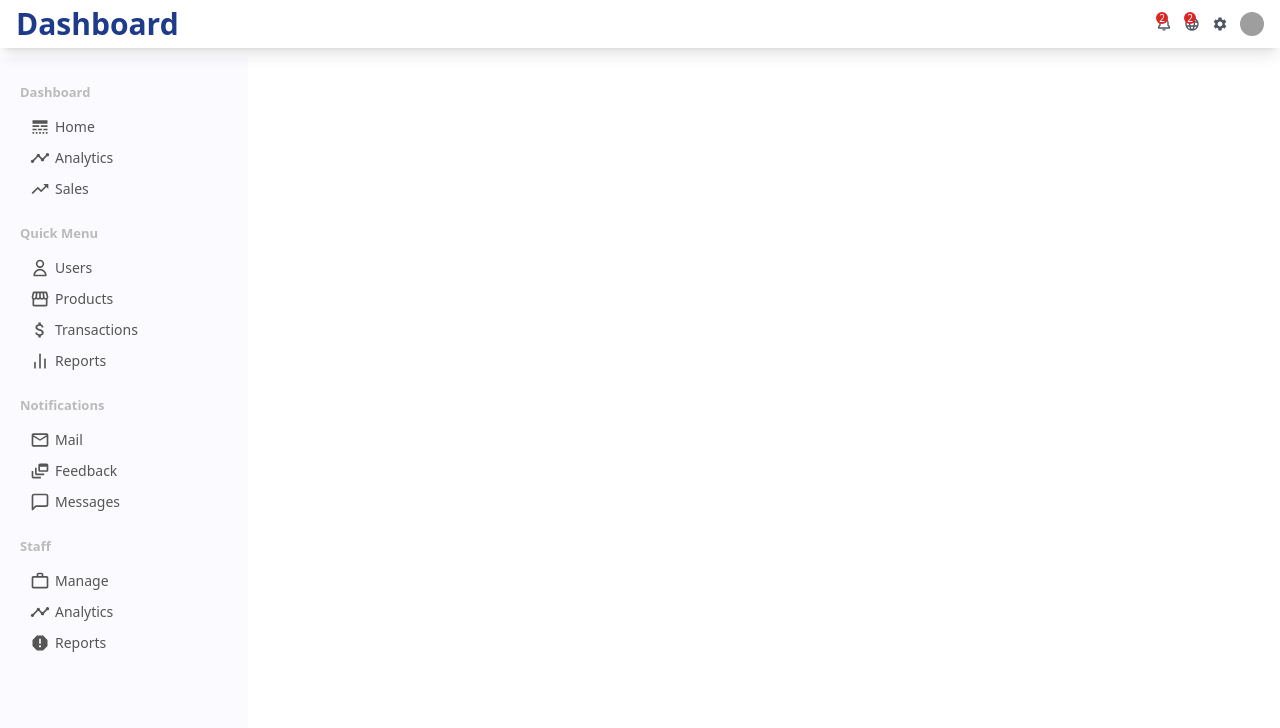
Repository: nation430/React-AdminDashboard
Page: /user/1
An editor plug-in stored every save of this project. The page is shown before and after the next save, followed by the edit.
The browser window is 1280 px wide. The pictures show the whole page.
Pictures or frames that could not be fetched are drawn as grey boxes. The project was rebuilt for these pictures with package versions that can differ from the ones it lists, and the page was loaded fresh each time. Also part of the build but not shown: src/pages/home/home.css, src/components/featuredInfo/featuredInfo.css, src/components/featuredInfo/FeaturedInfo.jsx, src/components/chart/chart.css, src/components/chart/Chart.jsx, src/dummyData.js, src/components/widgetSm/widgetSm.css, src/components/widgetSm/WidgetSm.jsx and 5 more.

Above is the page before, as saved 2022-08-31 10:56:33.

### public/index.html
<!DOCTYPE html>
<html lang="en">
  <head>
    <meta charset="utf-8" />
    <meta name="viewport" content="width=device-width, initial-scale=1" />
    <meta name="theme-color" content="#000000" />
    <meta
      name="description"
      content="Web site created using create-react-app"
    />
    <link rel="preconnect" href="https://fonts.googleapis.com" />
    <link rel="preconnect" href="https://fonts.gstatic.com" crossorigin />
    <link
      href="https://fonts.googleapis.com/css2?family=Source+Sans+Pro:wght@200;300;400;600;700&display=swap"
      rel="stylesheet"
    />

    <title>React Admin Dashboard</title>
  </head>
  <body>
    <noscript>You need to enable JavaScript to run this app.</noscript>
    <div id="root"></div>
  </body>
</html>

### src/index.css
@tailwind base;
h1 {
  @apply text-2xl;
}
h2 {
  @apply text-xl;
}
h3 {
  @apply text-lg;
}
@tailwind components;
@tailwind utilities;

* {
  margin: 0;
  padding:0;
  box-sizing: border-box;

}

### src/App.js
import Topbar from "./components/topbar/Topbar";
import Sidebar from "./components/sidebar/Sidebar";
import Home from "./pages/home/Home";
import "./app.css";
import { BrowserRouter as Router, Routes, Route } from "react-router-dom";
import UserList from "./pages/home/userList/UserList";
import User from "./pages/home/user/User";

function App() {
  return (
    <Router>
      <Topbar />
      <div className="wrapper flex h-full">
        <Sidebar />
        <Routes>
          <Route exact path="/">
            <Route path="/" element={<Home />} />
            <Route path="users" element={<UserList />} />
            <Route path="/user/:userId" element={<User />} />
          </Route>
        </Routes>
      </div>
    </Router>
  );
}

export default App;

### src/components/topbar/Topbar.jsx
import React from "react";
import  "./topbar.css";
import { BiBell } from 'react-icons/bi';
import { MdLanguage, MdSettings  } from "react-icons/md";


export default function Topbar () {
    return(
        <div className="topbar w-full h-12 bg-white sticky top-0 z-50 shadow-lg ">
            <div className="topbarWeapper flex items-center justify-between h-full px-4 py-0">
            <div className="topLeft">
                <span className="logo font-bold text-3xl text-blue-900 cursor-pointer ...">Dashboard</span>
            </div>
            <div className="topRight flex items-center">

                {/* First icon  */}
                <div className="topbarIconsContainer relative cursor-pointer ... ml-3 text-gray-600">
                <BiBell />
                <span className="topIconBadge absolute text-white bg-red-600 right-1 -top-1 flex items-center justify-center rounded-full text-xs h-3 w-3">2</span>
                </div>

                   {/*second icon  */}
                <div className="topbarIconsContainer relative cursor-pointer ... ml-3 text-gray-600">
                <MdLanguage />
                <span className="topIconBadge absolute text-white bg-red-600 right-1 -top-1 flex items-center justify-center rounded-full text-xs h-3 w-3">2</span>
                </div>


                    {/*third icon  */}
                <div className="topbarIconsContainer relative cursor-pointer ... mx-3 text-gray-600">
                < MdSettings  />
                </div>

                <img src="images/img.png" alt="BigCo Inc. logo"  className="topAvater w-6 h-6 rounded-full cursor-pointer ..."/>

            </div>
            </div>
        </div>
    )

}

### src/components/sidebar/Sidebar.jsx
import "./sidebar.css";
import { MdLineStyle, MdOutlineTimeline, MdTrendingUp, MdStorefront, MdAttachMoney, MdOutlineMail, MdDynamicFeed, MdWorkOutline, MdReport} from "react-icons/md";
import { HiOutlineUser} from "react-icons/hi";
import { FiBarChart2, FiMessageSquare} from "react-icons/fi";

export default function sidebar(){
    return(
        <div className="sidebar sticky">
        <div className="sidebarWrapper p-5">
            {/* first sidenavbar */}
            <div className="sidebarMenu mb-2.5">
                <h3 className="sidebarTitle">Dashboard</h3>
                <ul className="sidebarList px-4 py-0">
                    <li className="sidebarListItems flex items-center">
                    <MdLineStyle className="sidebarIcon"/>
                    Home
                    </li>

                    <li className="sidebarListItems flex items-center">
                    <MdOutlineTimeline className="sidebarIcon" />
                    Analytics
                    </li>


                    <li className="sidebarListItems flex items-center">
                    <MdTrendingUp className="sidebarIcon" />
                   Sales
                    </li>
                </ul>
            </div>

            {/* second sidenavbar */}
            <div className="sidebarMenu mb-2.5">
                <h3 className="sidebarTitle">Quick Menu</h3>
                <ul className="sidebarList px-4 py-1">
                    <li className="sidebarListItems flex items-center">
                    <HiOutlineUser className="sidebarIcon" />
                    Users
                    </li>

                    <li className="sidebarListItems flex  items-center" >
                    <MdStorefront className="sidebarIcon" />
                    Products
                    </li>

                    <li className="sidebarListItems flex items-center">
                    <MdAttachMoney className="sidebarIcon" />
                   Transactions
                    </li>


                    <li className="sidebarListItems flex items-center">
                    <FiBarChart2 className="sidebarIcon" />
                   Reports
                    </li>
                </ul>
            </div>

                {/* third sidenavbar */}
                <div className="sidebarMenu mb-2.5">
                <h3 className="sidebarTitle">Notifications</h3>
                <ul className="sidebarList px-4 py-1">
                    <li className="sidebarListItems flex items-center">
                    <MdOutlineMail className="sidebarIcon" />
                    Mail
                    </li>

                    <li className="sidebarListItems flex  items-center" >
                    <MdDynamicFeed className="sidebarIcon" />
                    Feedback
                    </li>

                    <li className="sidebarListItems flex items-center">
                    <FiMessageSquare className="sidebarIcon" />
                   Messages
                    </li>
                </ul>
            </div>

                {/* fourth sidenavbar */}
                <div className="sidebarMenu mb-2.5">
                <h3 className="sidebarTitle">Staff</h3>
                <ul className="sidebarList px-4 py-1">
                    <li className="sidebarListItems flex items-center">
                    <MdWorkOutline className="sidebarIcon" />
                    Manage
                    </li>

                    <li className="sidebarListItems flex  items-center" >
                    <MdOutlineTimeline className="sidebarIcon" />
                    Analytics
                    </li>

                    <li className="sidebarListItems flex items-center">
                    <MdReport className="sidebarIcon" />
                   Reports
                    </li>
                </ul>
            </div>
        </div>
        </div>
    )
}

### src/app.css

* {
    margin: 0;
    padding:0;
    box-sizing: border-box;

}


h1{
    font-size: 2em ;
    font-weight: bolder;
}

h2{
    font-size: 1.5em ;
    font-weight: bolder;
}

h3{
    font-size: 1.17em ;
    font-weight: bolder;
}

.wrapper{
    margin-top:10px;
}

### src/pages/home/user/User.jsx
import "./user.css";
// import {MdPermIdentity,  MdCalendarToday, MdPhoneAndroid, MdMailOutline, MdLocationSearching } from "react-icons/md";

export default function User(){
    return(
            <div className="user">

            </div>

    )
}

### src/components/topbar/topbar.css
.text-xs{
    font-size: 10px;
  }

### src/components/sidebar/sidebar.css
.sidebar{
    flex: 1;
    height: calc(100vh - 50px);
    top:50px;
    background:rgb(251, 251, 255);
}

.sidebarWrapper{
    color: #555;
}

.sidebarTitle{
    font-size: 13px;
    color:rgb(187, 186, 186);
}

.sidebarList{
    padding:5px;
    font-size: 14px;;
}


.sidebarListItems {
    padding:5px;
    cursor: pointer;
    border-radius: 10px;
}

.sidebarListItems.active,
.sidebarListItems:hover{
    background:rgb(228, 228, 250);
}

.sidebarIcon{
    margin-right:5px;
    font-size:20px;
}

### src/pages/home/user/user.css
.user{
    flex: 4;
    padding: 20px;
  }

  .userAddButton{
      width:80px;
      padding:5px;
      background: teal;
      border-radius: 5px;
      color:white;
      font-size: 16px;

  }
  .userContainer{
      margin-top:20px;
  }

  .userShow{
      flex: 1;
      padding:20px;
      box-shadow: 0px 0px 15px -10px rgba(0,0,0,0.75);
    -webkit-box-shadow:0px 0px 15px -10px rgba(0,0,0,0.75);
    -moz-box-shadow: 0px 0px 15px -10px rgba(0,0,0,0.75);
  }

  .userShowTopTitle{
    flex-direction: column;
    margin-left: 20px;
  }

  .userUpdate{
    flex: 2;
    padding:20px;
    margin-left:20px;
    box-shadow: 0px 0px 15px -10px rgba(0,0,0,0.75);
  -webkit-box-shadow:0px 0px 15px -10px rgba(0,0,0,0.75);
  -moz-box-shadow: 0px 0px 15px -10px rgba(0,0,0,0.75);
}

Loaded but not shown: src/index.js (common file); tailwind.config.js (common file)

After the next save:
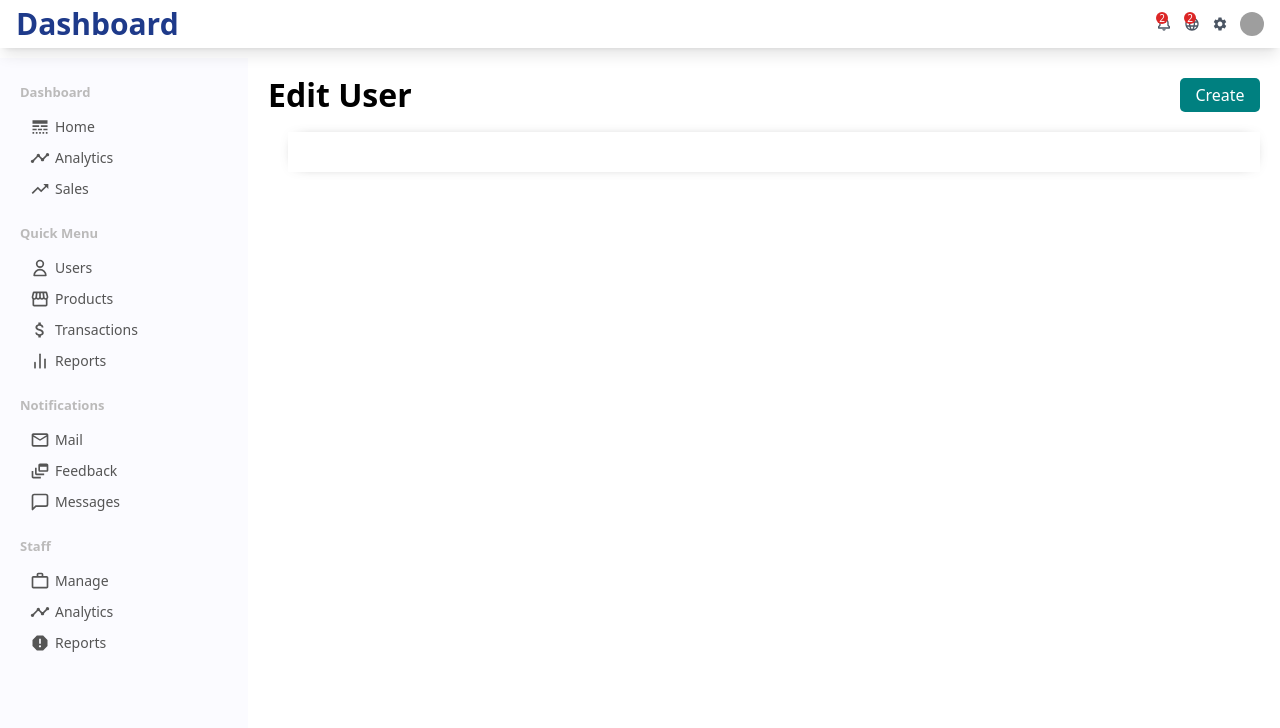
Saved 2 min 59 s later.
--- a/src/pages/home/user/User.jsx
+++ b/src/pages/home/user/User.jsx
@@ -3,8 +3,18 @@ import "./user.css";
 
 export default function User(){
     return(
-            <div className="user">
 
+        <div className="user">
+            <div className="userTitleContainer flex items-center justify-between">
+                <h1 className="userTitle">Edit User</h1>
+                <button className="userAddButton border-none cursor-pointer---">Create</button>
+            </div>
+            <div className="userContainer flex">
+
+
+
+        </div>
+              <div className="userUpdate"></div>
             </div>
 
     )
